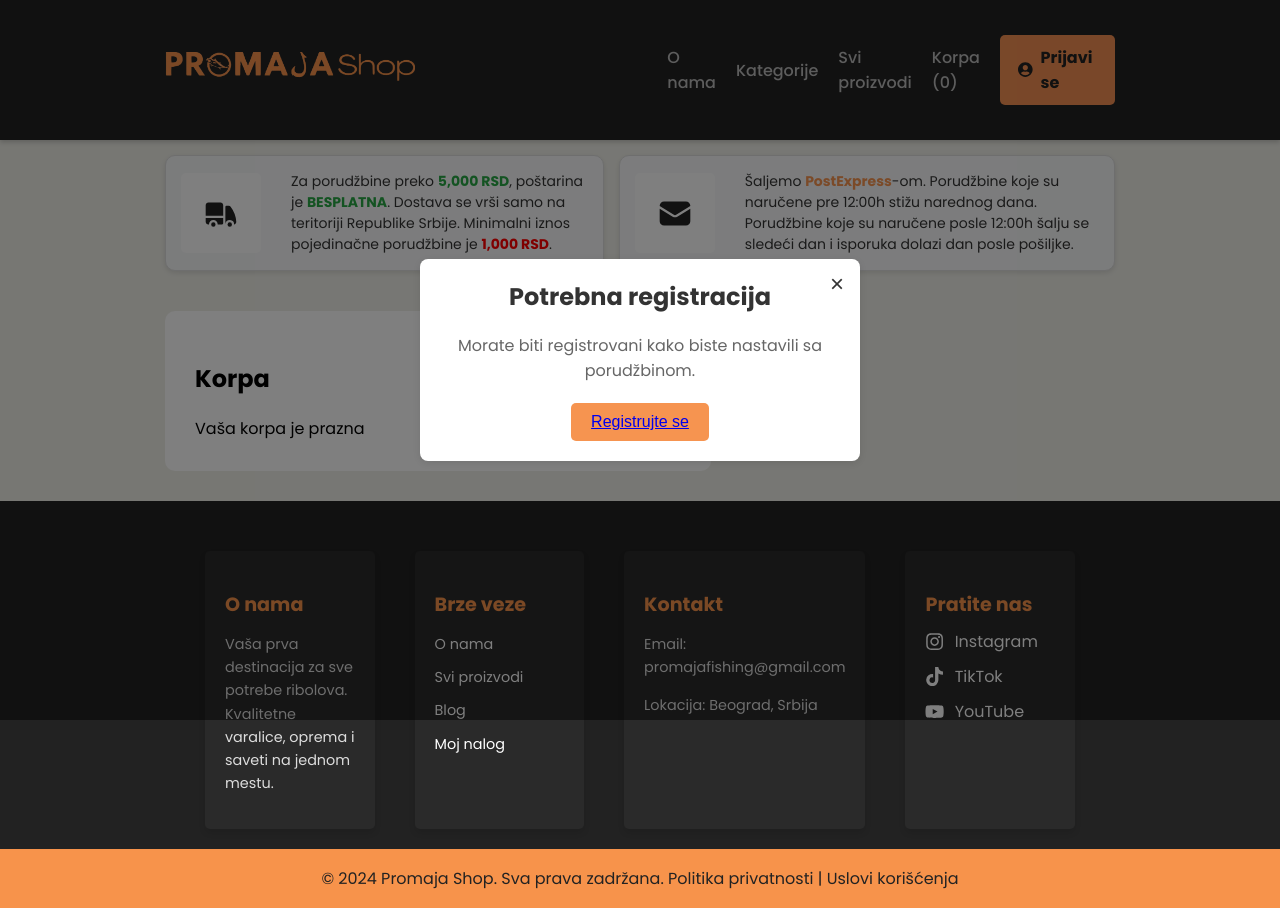
Repository: dimitrijekokovic/PromajaShopFront
Page: /cart
These files come from the project's save history. The page is drawn as it stood at one moment and after the next save; the edit follows.
The browser window is 1280 px wide. The pictures show the whole page.
The page's requests for data from a server got no answer. The project was rebuilt for these pictures with package versions that can differ from the ones it lists, and the page was loaded fresh each time. The framework's server and built-in components were replaced by stand-ins that run in the browser. No one was signed in, and anything a server would have sent is missing. Also part of the build but not shown: next.config.js, next.config.mjs, lib/colors.js, components/Button.js, components/Table.js, components/Input.js.

Above is the page before, as saved 2025-02-20 18:41:34.

### pages/_app.js
import React, { useEffect } from "react";
import { SessionProvider } from "next-auth/react";
import { CartContextProvider } from "@/components/CartContext";
import AOS from "aos";
import "aos/dist/aos.css";
import { AnimatePresence, motion } from "framer-motion";
import { createGlobalStyle } from "styled-components";


const GlobalStyles = createGlobalStyle`
  body {
    background-color: #EFEFE8;
    padding: 0;
    margin: 0;
    font-family: 'Poppins', sans-serif;
  }
`;

export default function App({ Component, pageProps, router }) {
  useEffect(() => {
    AOS.init({
      duration: 1200, // Trajanje animacija
      once: true, // Animacije se dešavaju samo jednom
    });
  }, []);

  return (
    <>
    <GlobalStyles />
    <SessionProvider session={pageProps.session}>
      <CartContextProvider>
        <AnimatePresence mode="wait">
          <motion.div
             key={router.route}
             initial={{ opacity: 0, }}
             animate={{ opacity: 1, }}
             exit={{ opacity: 0 }}
             transition={{ duration: 0.3 }}
          >
            <Component {...pageProps} />
          </motion.div>
        </AnimatePresence>
      </CartContextProvider>
    </SessionProvider>
    </>
  );
}

### pages/_document.js
import Document, { Html, Head, Main, NextScript } from "next/document";
import { ServerStyleSheet } from "styled-components";

export default class MyDocument extends Document {
  static async getInitialProps(ctx) {
    const sheet = new ServerStyleSheet();
    const originalRenderPage = ctx.renderPage;

    try {
      ctx.renderPage = () =>
        originalRenderPage({
          enhanceApp: (App) => (props) =>
            sheet.collectStyles(<App {...props} />),
        });

      const initialProps = await Document.getInitialProps(ctx);
      return {
        ...initialProps,
        styles: (
          <>
            {initialProps.styles}
            {sheet.getStyleElement()}
          </>
        ),
      };
    } finally {
      sheet.seal();
    }
  }

  render() {
    return (
      <Html lang="en">
        <Head>
          <link
            href="https://fonts.googleapis.com/css2?family=Poppins:wght@400;500;700&display=swap'"
            rel="stylesheet"
          />
        </Head>
        <body>
          <Main />
          <NextScript />
        </body>
      </Html>
    );
  }
}

### components/CartContext.js
// CartContext.js
import { createContext, useEffect, useState, useContext } from "react";

export const CartContext = createContext({});

export function CartContextProvider({ children }) {
  const ls = typeof window !== "undefined" ? window.localStorage : null;
  const [cartProducts, setCartProducts] = useState([]);
  const [user, setUser] = useState(null);

  // Učitavanje podataka o korisniku iz localStorage prilikom inicijalizacije
  useEffect(() => {
    if (ls && ls.getItem("user")) {
      try {
        const storedUser = ls.getItem("user");
        if (storedUser !== "undefined") {
          const parsedUser = JSON.parse(storedUser);
          if (parsedUser?.email) {
            setUser(parsedUser); // Postavi korisnika samo ako je validan
          } else {
            console.warn("Neispravan korisnik u localStorage, uklanjam.");
            ls.removeItem("user");
          }
        } else {
          console.warn("Stored user je undefined, preskačem parsing.");
        }
      } catch (error) {
        console.error("Greška prilikom parsiranja korisnika iz localStorage:", error);
        ls.removeItem("user");
      }
    }
  }, [ls]);

  // Učitavanje proizvoda u korpi iz localStorage
  useEffect(() => {
    if (cartProducts?.length > 0) {
      ls?.setItem("cart", JSON.stringify(cartProducts));
    } else {
      ls?.removeItem("cart"); // Ako je korpa prazna, ukloni je iz localStorage
    }
  }, [cartProducts]);

  function addProduct(productId) {
    setCartProducts((prev) => [...prev, productId]);
  }

  function removeProduct(productId) {
    setCartProducts((prev) => {
      const pos = prev.indexOf(productId);
      if (pos !== -1) {
        return prev.filter((_, index) => index !== pos);
      }
      return prev;
    });
  }

  function clearCart() {
    setCartProducts([]);
    ls?.removeItem("cart"); // Obriši korpu iz localStorage
  }

  return (
    <CartContext.Provider
      value={{
        cartProducts,
        setCartProducts,
        addProduct,
        removeProduct,
        clearCart,
        user,
        setUser,
      }}
    >
      {children}
    </CartContext.Provider>
  );
}

export function useCart() {
  return useContext(CartContext);
}

### components/Center.js
import { Children } from "react";
import styled from "styled-components";

const StyledDiv = styled.div`
  max-width: 950px;
  margin: 0 auto;
  padding: 0;
  width: 100%;

  @media (max-width: 768px) {
    max-width: 100%;
  }
`;

export default function Center({ children }) {
  return <StyledDiv>{children}</StyledDiv>;
}

### components/Header.js
import Link from "next/link";
import styled from "styled-components";
import Center from "./Center";
import Image from "next/image";
import { CartContext } from "./CartContext";
import { useContext, useState, useEffect } from "react";
import { FaUserCircle, FaShoppingCart, FaBars } from "react-icons/fa";
import CategoriesDropdown from "./CategoriesDropdown";

const StyledHeader = styled.header`
  background-color: #222;
  color: #FFA500;
  padding: 35px 25px; /* Više prostora na desktopu da se ne zbiju stavke */
  box-shadow: 0 2px 5px rgba(0, 0, 0, 0.2);
`;

const Wrapper = styled.div`
  display: flex;
  justify-content: space-between;
  align-items: center;
  position: relative;
`;

const StyledNav = styled.nav`
  display: flex;
  gap: 20px; /* Veći razmak među stavkama u meniju */
  align-items: center;

  @media (max-width: 768px) {
    display: ${(props) => (props.open ? "flex" : "none")};
    flex-direction: column;
    position: absolute;
    top: 70px;
    left: 0;
    right: 0;
    background-color: #222;
    padding: 20px;
    border-radius: 0 0 10px 10px;
    z-index: 10;
    box-shadow: 0 2px 5px rgba(0, 0, 0, 0.3);
  }
`;

const NavLink = styled(Link)`
  color: #bbbbbb;
  text-decoration: none;
  font-size: 16px;
  font-weight: 500;
  display: flex;
  align-items: center;
  transition: color 0.3s ease;

  &:hover {
    color: #fff;
  }

  @media (max-width: 768px) {
    ${({ hideOnMobile }) => hideOnMobile && "display: none;"} /* Sakrivamo Korpu na telefonima */
  }
`;

const LoginButton = styled(Link)`
  display: flex;
  align-items: center;
  justify-content: center;
  padding: 10px 18px; /* Malo veće dugme za desktop */
  background-color: #f39052;
  color: #222222;
  text-decoration: none;
  border-radius: 5px;
  font-weight: bold;
  font-size: 16px;
  transition: background-color 0.3s ease;

  &:hover {
    background-color: #e69500;
  }

  svg {
    margin-right: 8px;
    font-size: 1.2rem;
  }
`;

const HamburgerMenu = styled.div`
  display: none;
  flex-direction: column;
  gap: 5px;
  cursor: pointer;

  div {
    width: 25px;
    height: 3px;
    background-color: #fff;
    border-radius: 2px;
  }

  @media (max-width: 768px) {
    display: flex;
  }
`;

const MobileHeaderWrapper = styled.div`
  display: flex;
  align-items: center;
  justify-content: space-between;
  width: 100%;
`;

/* Pomereno još ulevo da ne bude na logotipu */
const MobileCartWrapper = styled.div`
  display: none;

  @media (max-width: 768px) {
    display: flex;
    position: absolute;
    left: 5px; /* Još više ulevo */
    top: 50%;
    transform: translateY(-50%);
  }
`;

const MobileCartIcon = styled(Link)`
  color: #FFA500;
  font-size: 24px; /* Veća ikonica */
  display: flex;
  align-items: center;
`;

const LogoWrapper = styled.div`
  max-width: 250px;

  @media (max-width: 768px) {
    max-width: 160px;
  }

  img {
    width: 100%;
    height: auto;
  }
`;

export default function Header() {
  const { cartProducts } = useContext(CartContext);
  const [isLoggedIn, setIsLoggedIn] = useState(false);
  const [menuOpen, setMenuOpen] = useState(false);

  useEffect(() => {
    const token = localStorage.getItem("token");
    setIsLoggedIn(!!token);
  }, []);

  return (
    <StyledHeader>
      <Center>
        <Wrapper>
          <MobileHeaderWrapper>
            {/* Mobilna Korpa - Pomereno da ne bude na logotipu */}
            <MobileCartWrapper>
              <MobileCartIcon href="/cart">
                <FaShoppingCart />
              </MobileCartIcon>
            </MobileCartWrapper>

            {/* Logo */}
            <Link href="/">
              <LogoWrapper>
                <Image
                  src="/logo.png"
                  alt="PromajaShop Logo"
                  width={250}
                  height={50}
                  priority
                />
              </LogoWrapper>
            </Link>

            {/* Hamburger meni */}
            <HamburgerMenu onClick={() => setMenuOpen(!menuOpen)}>
              <div />
              <div />
              <div />
            </HamburgerMenu>
          </MobileHeaderWrapper>

          {/* Navigacija */}
          <StyledNav open={menuOpen}>
            <NavLink href="/aboutus">O nama</NavLink>
            <CategoriesDropdown />
            <NavLink href="/products">Svi proizvodi</NavLink>
            <NavLink href="/cart" hideOnMobile>Korpa ({cartProducts?.length || 0})</NavLink>

            {isLoggedIn ? (
              <LoginButton href="/account">
                <FaUserCircle /> Moj nalog
              </LoginButton>
            ) : (
              <LoginButton href="/login">
                <FaUserCircle /> Prijavi se
              </LoginButton>
            )}
          </StyledNav>
        </Wrapper>
      </Center>
    </StyledHeader>
  );
}

### components/Modal.js
import styled from "styled-components";

const Overlay = styled.div`
  position: fixed;
  top: 0;
  left: 0;
  width: 100%;
  height: 100%;
  background: rgba(0, 0, 0, 0.5);
  display: flex;
  justify-content: center;
  align-items: center;
  z-index: 1000;
`;

const ModalContent = styled.div`
  background: white;
  border-radius: 8px;
  padding: 20px;
  width: 90%;
  max-width: 400px;
  text-align: center;
  box-shadow: 0 2px 10px rgba(0, 0, 0, 0.1);
  position: relative;
`;

export const ModalHeader = styled.h2`
  margin-top: 0;
  color: #333;
`;

export const ModalText = styled.p`
  color: #666;
  font-size: 1rem;
  margin: 15px 0;
  text-align: center;
`;

export const ButtonWrapper = styled.div`
  display: flex;
  justify-content: center;
  gap: 10px;
  margin-top: 20px;
`;

export const ModalButton = styled.button`
  background: ${({ primary }) => (primary ? "#F69450" : "#F69150")};
  color: ${({ primary }) => (primary ? "#fff" : "#333")};
  border: none;
  border-radius: 5px;
  padding: 10px 20px;
  cursor: pointer;
  font-size: 1rem;
  transition: background 0.3s;

  &:hover {
    background: ${({ primary }) => (primary ? "#d6d6d6" : "#bbb")};
  }
`;

const CloseButton = styled.button`
    position: absolute;
    top: 10px;
    right: 10px;
    background: none;
    border: none;
    font-size: 1.5rem;
    cursor: pointer;
    color: #333;

    &:hover {
    color: #ff0000;
    }
`;

export default function Modal({ show, onClose, children }) {
  if (!show) return null;

  return (
    <Overlay onClick={onClose}>
      <ModalContent onClick={(e) => e.stopPropagation()}>
        <CloseButton onClick={onClose}>&times;</CloseButton>
        {children}
      </ModalContent>
    </Overlay>
  );
}

### components/Footer.js
import Link from "next/link";
import styled from "styled-components";
import { FaInstagram, FaYoutube, FaTiktok } from "react-icons/fa";
import Center from "./Center";

const FooterContainer = styled.footer`
  background-color: #222;
  color: #fff;
  padding-top: 30px;
  margin-top:30px;
`;

const FooterContent = styled.div`
  display: grid;
  grid-template-columns: repeat(4, 1fr);
  gap: 40px;
  max-width: 1200px;
  margin: 0 auto;
  padding: 20px 40px;

  @media (max-width: 768px) {
    grid-template-columns: repeat(2, 1fr);
    gap: 20px;
  }

  @media (max-width: 480px) {
    grid-template-columns: 1fr;
    gap: 10px;
  }
`;


const FooterSection = styled.div`
  background-color: #2a2a2a; /* Tamnija pozadina unutar sekcija */
  padding: 20px;
  border-radius: 5px; /* Blagi zaobljeni uglovi */
  box-shadow: 0 4px 6px rgba(0, 0, 0, 0.1); /* Blagi efekat senke */

  h3 {
    margin-bottom: 10px;
    font-size: 1.2rem;
    text-align: left;
    color: #f7934b; /* Narandžasta za naslove */
  }

  p, ul {
    font-size: 0.9rem;
    line-height: 1.6;
    text-align: left;
    color: #ddd; /* Svetliji tekst */
  }

  ul {
    list-style: none;
    padding: 0;
  }

  li {
    margin-bottom: 10px;

    a {
      color: #fff;
      text-decoration: none;
      transition: color 0.3s ease; /* Tranzicija za hover efekat */

      &:hover {
        color: #ff6600; /* Promena boje na hover */
      }
    }
  }
`;

const SocialLinks = styled.div`
  display: flex;
  flex-direction: column;
  align-items: flex-start;

  a {
    display: flex;
    align-items: center;
    gap: 10px;
    margin-bottom: 10px;
    color: #fff;
    text-decoration: none;
    transition: color 0.3s ease; /* Tranzicija za hover efekat */

    &:hover {
      color: #f7934b; /* Promena boje na hover */
    }

    svg {
      font-size: 1.2rem;
    }
  }
`;


const LegalSection = styled.div`
  background-color: #f7934b;
  text-align: center;
  padding: 1px;
  color: #222222;
  font-size: 1rem; /* Povećan font */

  a {
    color: #222222;
    text-decoration: none;

    &:hover {
      text-decoration: underline;
    }
  }
`;

export default function Footer() {
    return (
      <FooterContainer>
        <Center>
        <FooterContent>
          <FooterSection>
            <h3>O nama</h3>
            <p>
              Vaša prva destinacija za sve potrebe ribolova. Kvalitetne varalice,
              oprema i saveti na jednom mestu.
            </p>
          </FooterSection>

          {/* Linkovi */}
          <FooterSection>
            <h3>Brze veze</h3>
            <ul>
              <li>
                <Link href="/aboutus" legacyBehavior>
                  <a>O nama</a>
                </Link>
              </li>
              <li>
                <Link href="/products" legacyBehavior>
                  <a>Svi proizvodi</a>
                </Link>
              </li>
              <li>
                <Link href="/blog" legacyBehavior>
                  <a>Blog</a>
                </Link>
              </li>
              <li>
                <Link href="/account" legacyBehavior>
                  <a>Moj nalog</a>
                </Link>
              </li>
            </ul>
          </FooterSection>

          {/* Kontakt informacije */}
          <FooterSection>
          <h3>Kontakt</h3>
          <p>Email: promajafishing@gmail.com</p>
          <p>Lokacija: Beograd, Srbija</p>
          </FooterSection>

          {/* Društvene mreže */}
          <FooterSection>
            <h3>Pratite nas</h3>
            <SocialLinks>
            <Link  href="https://www.instagram.com/promajafishing/" legacyBehavior>
                <a target="_blank">
                  <FaInstagram /> Instagram
                </a>
              </Link>
              <Link href="https://www.tiktok.com/@promajafishing?lang=en" legacyBehavior>
                <a target="_blank">
                  <FaTiktok /> TikTok
                </a>
              </Link>

              <Link href="https://www.youtube.com/@PromajaFishing" legacyBehavior>
                <a target="_blank">
                  <FaYoutube /> YouTube
                </a>
              </Link>
            </SocialLinks>
          </FooterSection>
        </FooterContent>
        </Center>
        {/* Pravna napomena */}
        <LegalSection>
          <p>
            &copy; 2024 Promaja Shop. Sva prava zadržana.{" "}
            <Link href="/privatnost" legacyBehavior>
              <a>Politika privatnosti</a>
            </Link>{" "}
            |{" "}
            <Link href="/uslovi" legacyBehavior>
              <a>Uslovi korišćenja</a>
            </Link>
          </p>
        </LegalSection>
      </FooterContainer>
    );
  }

### components/CategoriesDropdown.js
import { useEffect, useState } from "react";
import styled from "styled-components";
import Link from "next/link";

const DropdownContainer = styled.div`
  position: relative;
`;

const Trigger = styled.div`
  cursor: pointer;
  color: ${(props) => (props.isActive ? "#ffa500" : "#bbbbbb")};
  font-size: 16px;
  font-weight: 500;

  &:hover {
    color: #fff;
  }

  @media (max-width: 768px) {
    font-size: 18px;
    padding: 10px;
    text-align: left;
  }
`;
const DropdownMenu = styled.ul`
  position: absolute;
  top: 100%;
  left: 0;
  background: #333;
  padding: 15px 20px;
  border-radius: 8px;
  box-shadow: 0 8px 15px rgba(0, 0, 0, 0.2);
  list-style: none;
  z-index: 10;
  display: ${(props) => (props.isOpen ? "block" : "none")};
  width: 250px;

  li {
    margin: 10px 0;
    font-size: 16px;
    position: relative;

    &:hover > ul {
      display: block;
    }
  }

  a {
    color: #fff;
    text-decoration: none;
    font-size: 15px;
    transition: all 0.3s ease-in-out;

    &:hover {
      color: #f7934b;
    }
  }

  @media (max-width: 768px) {
    display: none;
  }
`;

const SubMenu = styled.ul`
  position: absolute;
  top: 0;
  left: 100%;
  background: #444;
  padding: 10px 15px;
  border-radius: 8px;
  box-shadow: 0 8px 15px rgba(0, 0, 0, 0.2);
  list-style: none;
  display: none;
  width: 200px;

  li {
    margin-bottom: 10px;
  }

  a {
    color: #fff;
    text-decoration: none;
    font-size: 15px;

    &:hover {
      color: #f7934b;
    }
  }

  @media (max-width: 768px) {
    position: static;
    width: 100%;
    padding: 0;
    background: none;
    border: none;
    box-shadow: none;
  }
`;

const MobileMenu = styled.div`
  position: fixed;
  top: 0;
  left: 0;
  width: 100%;
  height: 100%;
  background: rgba(0, 0, 0, 0.95);
  color: #fff;
  z-index: 20;
  overflow-y: auto;
  padding: 20px;
  display: flex;
  flex-direction: column;
  align-items: flex-start;

  @media (min-width: 769px) {
    display: none;
  }

  button {
    position: absolute;
    top: 10px;
    right: 20px;
    background: none;
    border: none;
    color: #ffa500;
    font-size: 24px;
    font-weight: bold;
    cursor: pointer;
  }

  ul {
    list-style: none;
    padding: 0;
    margin: 0;
    text-align: left;
    width: 100%;
  }

  li {
    margin: 15px 0;
  }

  a {
    color: #fff;
    text-decoration: none;
    font-size: 18px;
    font-weight: bold;

    &:hover {
      color: #ffa500;
    }
  }
`;

const BackButton = styled.button`
  background: none;
  border: none;
  color: #ffa500;
  font-size: 18px;
  font-weight: bold;
  cursor: pointer;

  position: absoulte;
  left: 20px;
  top: 20px; /* Razmak od vrha */
`;

const CloseButton = styled.button`
  background: none;
  border: none;
  color: #ffa500;
  font-size: 18px;
  font-weight: bold;
  cursor: pointer;
  position: absolute;
  right: ;
  top: 20px; /* Razmak od vrha */
`;

export default function CategoriesDropdown() {
  const [categories, setCategories] = useState([]);
  const [isOpen, setIsOpen] = useState(false);
  const [currentMenu, setCurrentMenu] = useState("main"); // Track current menu (main or subcategories)
  const [showMobileMenu, setShowMobileMenu] = useState(false);
  let timeoutId;

  useEffect(() => {
    const fetchCategories = async () => {
      try {
        const res = await fetch("/api/categories");
        const data = await res.json();
        setCategories(data);
      } catch (error) {
        console.error("Greška pri učitavanju kategorija:", error);
      }
    };
    fetchCategories();
  }, []);

  const mainCategories = categories.filter((cat) => !cat.parent);

  const handleMouseEnter = () => {
    clearTimeout(timeoutId);
    setIsOpen(true);
  };

  const handleMouseLeave = () => {
    timeoutId = setTimeout(() => setIsOpen(false), 50);
  };

  const renderMenuItems = () => {
    if (currentMenu === "main") {
      return mainCategories.map((mainCategory) => (
        <li key={mainCategory._id}>
          <a
            href="#"
            onClick={(e) => {
              e.preventDefault();
              const hasSubcategories = categories.some(
                (cat) => cat.parent?._id === mainCategory._id
              );
              if (hasSubcategories) {
                setCurrentMenu(mainCategory._id);
              } else {
                setShowMobileMenu(false); // Zatvara hamburger meni
              }
            }}
          >
            {mainCategory.name}
          </a>
        </li>
      ));
    } else {
      const subCategories = categories.filter(
        (cat) => cat.parent?._id === currentMenu
      );
      return (
        <>
          <BackButton onClick={() => setCurrentMenu("main")}>← Nazad</BackButton>
          {subCategories.map((subCategory) => (
            <li key={subCategory._id}>
              <Link
                href={`/categories/${subCategory.slug}`}
                onClick={() => {
                  setShowMobileMenu(false); // Zatvara hamburger meni
                  setCurrentMenu("main"); // Resetuje meni na glavni
                }}
              >
                {subCategory.name}
              </Link>
            </li>
          ))}
        </>
      );
    }
  };

  return (
    <>
      <DropdownContainer
        onMouseEnter={handleMouseEnter}
        onMouseLeave={handleMouseLeave}
      >
        <Trigger onClick={() => setShowMobileMenu(true)}>Kategorije</Trigger>
        <DropdownMenu isOpen={isOpen}>{renderMenuItems()}</DropdownMenu>
      </DropdownContainer>

      {showMobileMenu && (
        <MobileMenu>
          <CloseButton  onClick={() => setShowMobileMenu(false)}>× Zatvori</CloseButton >
          <ul>{renderMenuItems()}</ul>
        </MobileMenu>
      )}
    </>
  );
}

Loaded but not shown: pages/cart.js (458 lines, source omitted)

After the next save:
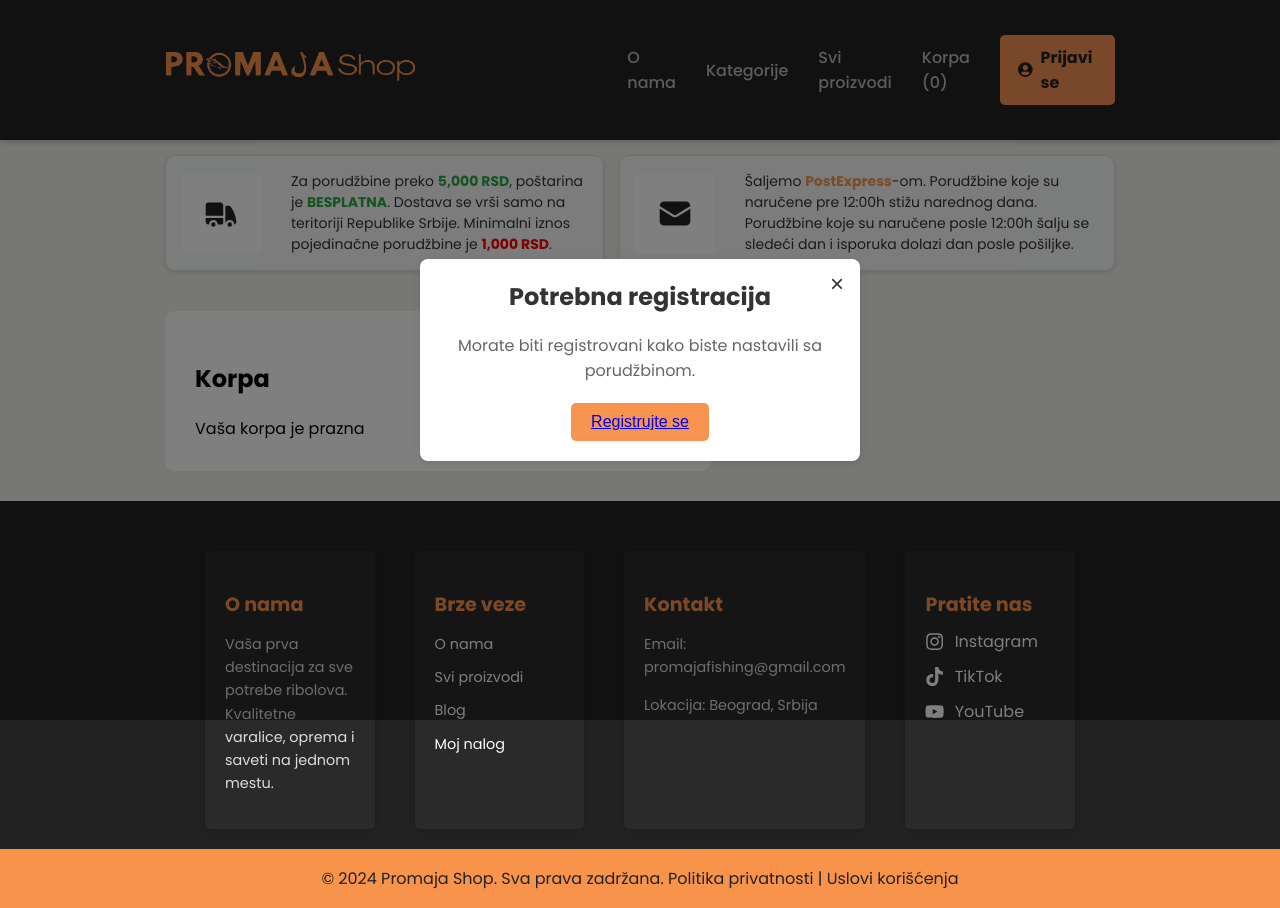
Saved 73 s later.
--- a/components/Header.js
+++ b/components/Header.js
@@ -23,7 +23,7 @@ const Wrapper = styled.div`
 
 const StyledNav = styled.nav`
   display: flex;
-  gap: 20px; /* Veći razmak među stavkama u meniju */
+  gap: 30px; /* Veći razmak među stavkama u meniju */
   align-items: center;
 
   @media (max-width: 768px) {
